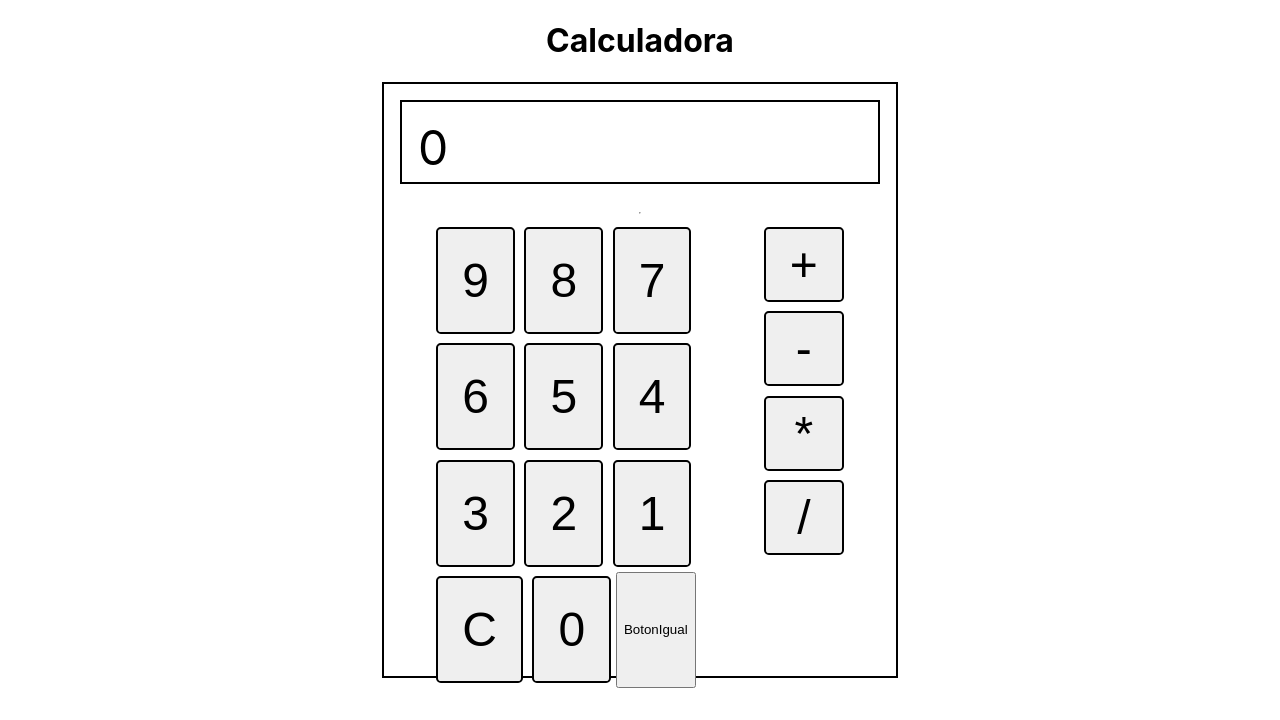
Repository: yamaka/curso-react-febrero-2022
Page: /
The author's editor kept a copy of each file at every save. The page is drawn from the files as they stood at one save, then again after the next save.
The browser window is 1280 px wide. The pictures show the whole page.
The project was rebuilt for these pictures with package versions that can differ from the ones it lists, and the page was loaded fresh each time. Also part of the build but not shown: src/App.css, src/components/Zanahoria/Zanahoria.css, src/components/Zanahoria/Zanahoria.js, src/components/Zanahorias/Zanahorias.js, src/components/Lechuga/Lechuga.css, src/components/Lechuga/Lechuga.js, src/components/Calculadora/Calculadora.css, src/components/Calculadora/Calculadora.js and 3 more.

Above is the page before, as saved 2022-03-02 19:18:28.

### src/index.js
import React from 'react';
import ReactDOM from 'react-dom';
import './index.css';
import App from './App';
import reportWebVitals from './reportWebVitals';

ReactDOM.render(
  <React.StrictMode>
    <App />
  </React.StrictMode>,
  document.getElementById('root')
);

// If you want to start measuring performance in your app, pass a function
// to log results (for example: reportWebVitals(console.log))
// or send to an analytics endpoint. Learn more: https://bit.ly/CRA-vitals
reportWebVitals();

### src/App.js
import logo from './logo.svg';
import './App.css';
import Zanahorias from './components/Zanahorias/Zanahorias';
import Lechuga from './components/Lechuga/Lechuga';
import Calculadora from './components/Calculadora/Calculadora';
import CiclosVida from './components/CiclosVida/CiclosVida';
import CalculadoraHooks from './hooks/Calculadora/Calculadora'

function App() {
  return (
    <div style={{
      display: 'flex',
      flexDirection: 'column',
      justifyContent: 'center',
      alignItems: 'center'
    }}>
      {/* componentes sin estado  */}
      {/* <h1>Componentes sin estado  funcionales</h1>
      <h2>Verduleria</h2>
      <Zanahorias titulo={"zanahorias super economicas"} cantidad={3} />  */}
        {/* hacer lo mismo con lechugas */}
      {/* componentes con estado */}
      {/* <h1>componentes con estado como clase</h1>
      <Calculadora/> */}
      {/* <CiclosVida/> */}
      <CalculadoraHooks/>
    </div>
  );
}

export default App;

### src/hooks/Calculadora/Calculadora.js
//componentes como funcionales con estado
import React, { useState } from "react";
import Input from "../components/Input/Input";
import BotonNumerico from "../components/BotonNumerico/BotonNumerico";
import BotonOperacion from "../components/BotonOperacion/BotonOperacion";
import BotonIgual from "../components/BotonIgual/BotonIgual";
import BotonRefrescar from "../components/BotonRefrescar/BotonRefrescar";

import "./Calculadora.css";

const Calculadora = () => {
  const [display, setDisplay] = useState("0");
  const [operandoA, setOperandoA] = useState(0);
  const [operandoB, setOperandoB] = useState(0);
  const [operacion, setOperacion] = useState("+");

  //   se puede tambien con objetos
  //   const [calculadora, setCalculadora] = useState({
  //     display: "0",
  //     operandoA: 0,
  //     operandoB: 0,
  //     operacion: "+",
  //   });

  //   setCalculadora({ ...calculadora, ...{ display: "0" } });

  const onPressNumerico = (numero) => {
    if (operandoA == 0) {
      setOperandoA(numero);
      setDisplay(numero);
    } else {
      setOperandoB(numero);
      setDisplay(display + numero);
    }
  };

  const onPressOperacion = (operacion) => {
    setOperacion(operacion);
    setDisplay(display + operacion);
  };

  const calcular = () => {
    switch (operacion) {
      case "+":
        setDisplay((parseInt(operandoA) + parseInt(operandoB)).toString());
    }
  };

  return (
    <div className="container">
      <h1>Calculadora</h1>
      <div className="calculadora-container">
        <Input value={display} />
        <br />
        <hr />
        <div
          style={{
            display: "flex",
            flex: 1,
            flexDirection: "row",
            justifyContent: "space-around",
          }}
        >
          <div style={{ display: "flex", flexDirection: "column" }}>
            <div style={{ display: "flex", flexDirection: "row" }}>
              <BotonNumerico value="9" onPress={onPressNumerico} />
              <BotonNumerico value="8" onPress={onPressNumerico} />
              <BotonNumerico value="7" onPress={onPressNumerico} />
            </div>
            <div style={{ display: "flex", flexDirection: "row" }}>
              <BotonNumerico value="6" onPress={onPressNumerico} />
              <BotonNumerico value="5" onPress={onPressNumerico} />
              <BotonNumerico value="4" onPress={onPressNumerico} />
            </div>
            <div style={{ display: "flex", flexDirection: "row" }}>
              <BotonNumerico value="3" onPress={onPressNumerico} />
              <BotonNumerico value="2" onPress={onPressNumerico} />
              <BotonNumerico value="1" onPress={onPressNumerico} />
            </div>
            <div style={{ display: "flex", flexDirection: "row" }}>
              <BotonRefrescar value="C" onPress={onPressNumerico} />
              <BotonNumerico value="0" onPress={onPressNumerico} />
              <BotonIgual onPress={calcular} />
            </div>
          </div>
          <div style={{ display: "flex", flexDirection: "column" }}>
            <BotonOperacion operator="+" onPress={onPressOperacion} />
            <BotonOperacion operator="-" onPress={onPressOperacion} />
            <BotonOperacion operator="*" onPress={onPressOperacion} />
            <BotonOperacion operator="/" onPress={onPressOperacion} />
          </div>
        </div>
      </div>
    </div>
  );
};

export default Calculadora;

### src/hooks/components/Input/Input.js
import React from 'react'
import './Input.css'
//tarea que los numeros introduciodps vayan a la derecha

const Input = ({value}) => {
  return (
    <div className='input-container'><span>{value}</span></div>
  )
}

export default Input

### src/hooks/components/BotonNumerico/BotonNumerico.js
import React from 'react'
import './BotonNumerico.css';
const BotonNumerico = ({value, onPress}) => {
  return (
    <button className='boton-numerico' onClick={()=>onPress(value)}>{value}</button>
  )
}

export default BotonNumerico

### src/hooks/components/BotonOperacion/BotonOperacion.js
import React from "react";
import "./BotonOperacion.css";

const BotonOperacion = ({ operator, onPress }) => {
  return (
    <button className="boton-operacion" onClick={() => onPress(operator)}>
      {operator}
    </button>
  );
};

export default BotonOperacion;

### src/hooks/components/BotonIgual/BotonIgual.js
import React from 'react'

const BotonIgual = ({onPress}) => {
  return (
    <button onClick={() => onPress()}>BotonIgual</button>
  )
}

export default BotonIgual

### src/hooks/components/BotonRefrescar/BotonRefrescar.js
import React from "react";

function BotonRefrescar({ value, onPress }) {
  return (
    <button className="boton-numerico" onClick={() => onPress(value)}>
      {value}
    </button>
  );
}

export default BotonRefrescar;

### src/hooks/Calculadora/Calculadora.css

.container{
    display: flex;
    flex: 1;
    flex-direction: column;
    align-items: center;

}
.calculadora-container{
    padding: 1rem;
    border: solid 1px;
    border-width: 2px;
    display: flex;
    flex-direction: column;
    width: 30rem;
    height: 35rem;
}

### src/hooks/components/Input/Input.css
.input-container{
    border: solid 1px;
    border-width: 2px;
    height: 3rem;
    font-size: 3rem;
    padding: 1rem;
}

### src/hooks/components/BotonNumerico/BotonNumerico.css
.boton-numerico {
  border: solid 2px;
  padding: 1.5rem;
  border-radius: 0.3rem;
  font-size: 3rem;
  margin: 0.3rem;
}

### src/hooks/components/BotonOperacion/BotonOperacion.css
.boton-operacion {
  border: solid 2px;
  padding-top: 0.5rem;
  padding-bottom: 0.5rem;
  padding-left: 1.5rem;
  padding-right: 1.5rem;
  border-radius: 0.3rem;
  font-size: 3rem;
  margin: 0.3rem;
}

Loaded but not shown: public/index.html (common file); src/index.css (common file); src/reportWebVitals.js (common file)

After the next save:
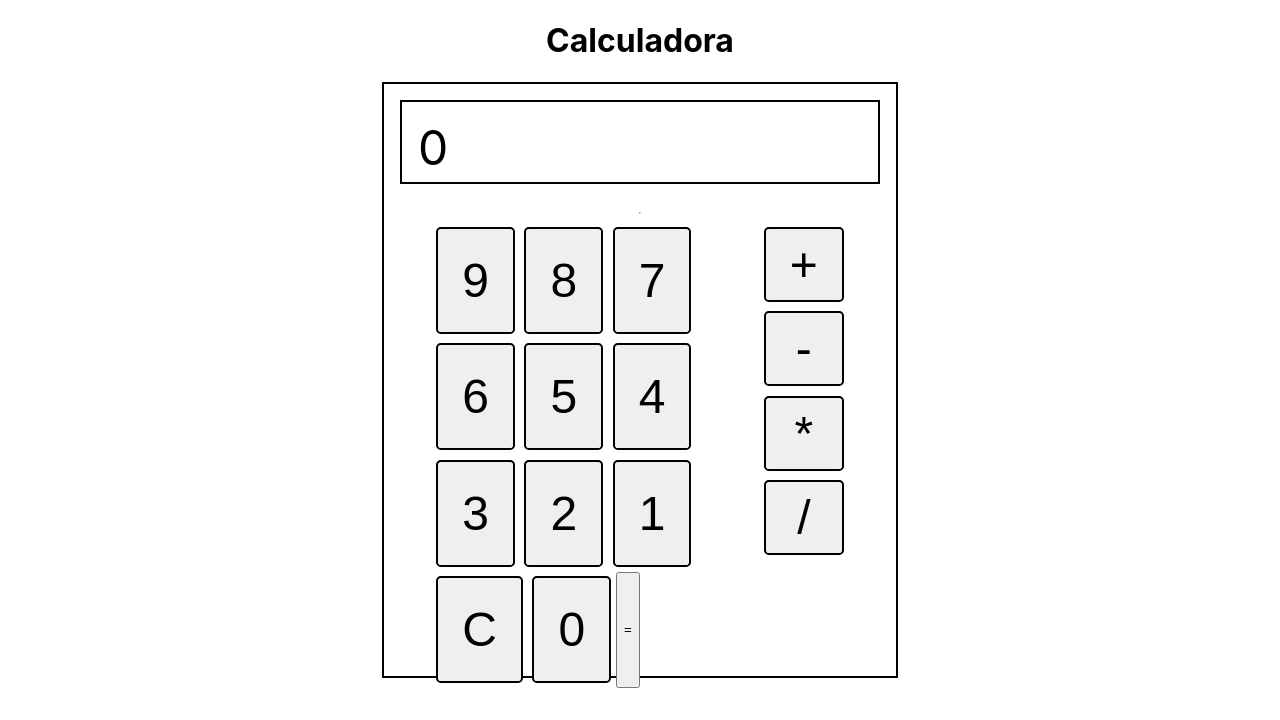
Saved 19 s later.
--- a/src/hooks/components/BotonIgual/BotonIgual.js
+++ b/src/hooks/components/BotonIgual/BotonIgual.js
@@ -1,9 +1,7 @@
-import React from 'react'
+import React from "react";
 
-const BotonIgual = ({onPress}) => {
-  return (
-    <button onClick={() => onPress()}>BotonIgual</button>
-  )
-}
+const BotonIgual = ({ onPress }) => {
+  return <button onClick={() => onPress()}>=</button>;
+};
 
-export default BotonIgual
+export default BotonIgual;
